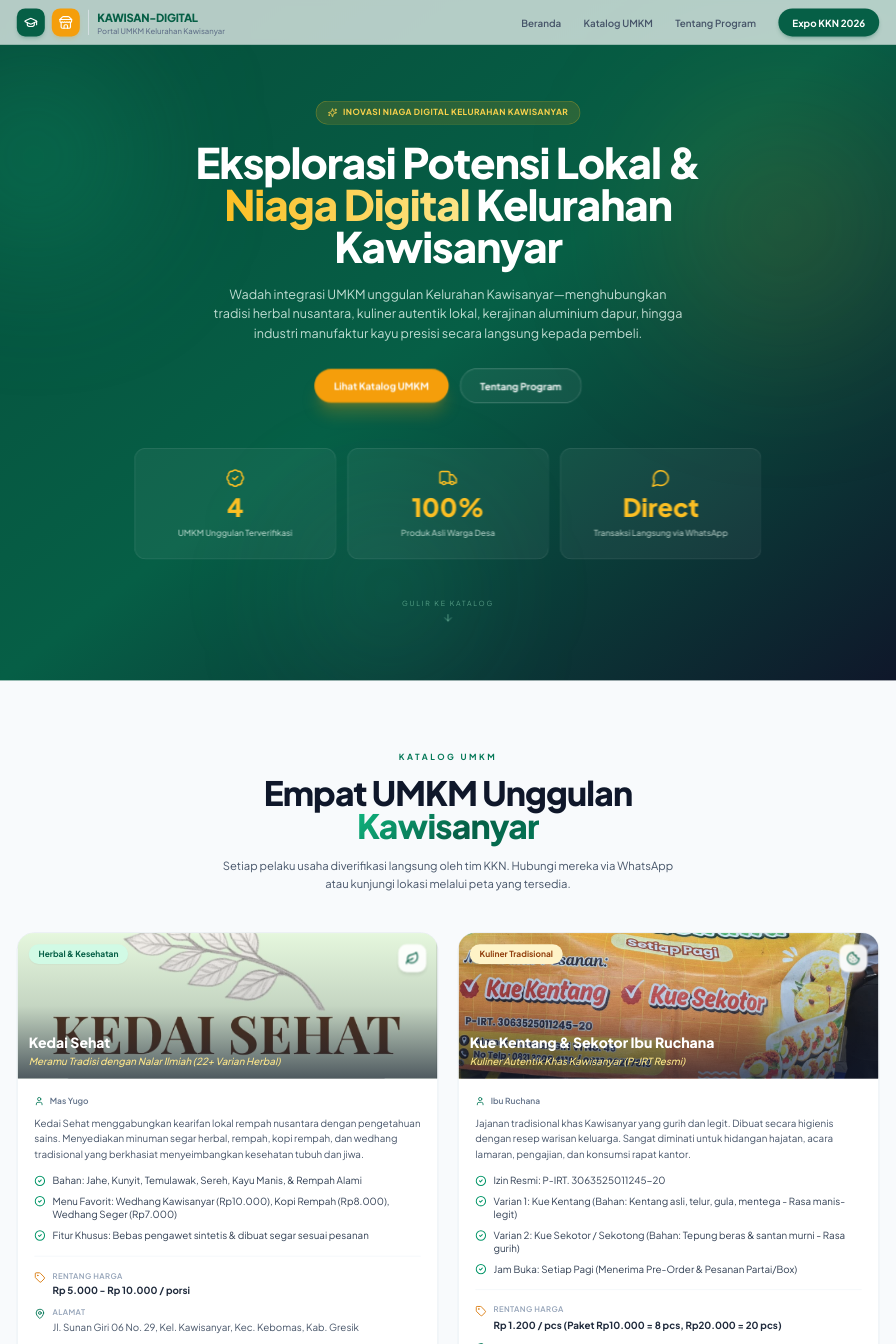
Repository: Anggaaa2006/Kawisan-Digital-
Page: /
These files come from the project's save history. The page is drawn as it stood at one moment and after the next save; the edit follows.
The browser window is 1280 px wide. The pictures show the part of the page from y = 0 to 1920 px (the page is 3971 px tall), at 70% of full size.
The project was rebuilt for these pictures with package versions that can differ from the ones it lists, and the page was loaded fresh each time. Also part of the build but not shown: vite.config.ts, src/components/UmkmDetail.tsx.

Above is the page before, as saved 2026-08-03 13:55:31.

### index.html
<!doctype html>
<html lang="en">
  <head>
    <meta charset="UTF-8" />
    <link rel="icon" type="image/svg+xml" href="/vite.svg" />
    <meta name="viewport" content="width=device-width, initial-scale=1.0" />
    <title>KAWISAN-DIGITAL — Portal UMKM Kelurahan Kawisanyar</title>
    <meta name="description" content="KAWISAN-DIGITAL: Etalase digital resmi BBK 8 Universitas Airlangga. Empat UMKM unggulan Kelurahan Kawisanyar — herbal, kuliner tradisional, wajan aluminium, dan manufaktur kayu presisi." />
    <meta property="og:image" content="https://bolt.new/static/og_default.png" />
    <meta name="twitter:card" content="summary_large_image" />
    <meta name="twitter:image" content="https://bolt.new/static/og_default.png" />
  </head>
  <body>
    <div id="root"></div>
    <script type="module" src="/src/main.tsx"></script>
  </body>
</html>

### src/App.tsx
import { useRouter } from '@/hooks/useRouter';
import Navbar from '@/components/Navbar';
import Hero from '@/components/Hero';
import Catalog from '@/components/Catalog';
import About from '@/components/About';
import Footer from '@/components/Footer';
import UmkmDetail from '@/components/UmkmDetail';

export default function App() {
  const route = useRouter();

  if (route.name === 'umkm') {
    return (
      <div className="min-h-screen bg-slate-50 text-slate-900">
        <Navbar />
        <main>
          <UmkmDetail id={route.id} />
        </main>
        <Footer />
      </div>
    );
  }

  return (
    <div className="min-h-screen bg-slate-50 text-slate-900">
      <Navbar />
      <main>
        <Hero />
        <Catalog />
        <About />
      </main>
      <Footer />
    </div>
  );
}

### src/index.css
@import url('https://fonts.googleapis.com/css2?family=Plus+Jakarta+Sans:wght@300;400;500;600;700;800&display=swap');

@tailwind base;
@tailwind components;
@tailwind utilities;

:root {
  --emerald: #065f46;
  --emerald-light: #10b981;
  --amber: #d97706;
  --charcoal: #0f172a;
}

* {
  -webkit-font-smoothing: antialiased;
  -moz-osx-font-smoothing: grayscale;
}

html {
  scroll-behavior: smooth;
}

body {
  font-family: 'Plus Jakarta Sans', system-ui, sans-serif;
  background-color: #f8fafc;
  color: #0f172a;
}

::selection {
  background-color: rgba(6, 95, 70, 0.2);
  color: #065f46;
}

::-webkit-scrollbar { width: 10px; }
::-webkit-scrollbar-track { background: #f1f5f9; }
::-webkit-scrollbar-thumb { background: linear-gradient(#10b981, #065f46); border-radius: 8px; }

@layer components {
  .reveal {
    opacity: 0;
    transform: translateY(36px);
    transition: opacity 0.9s cubic-bezier(0.22,1,0.36,1), transform 0.9s cubic-bezier(0.22,1,0.36,1);
  }
  .reveal.is-visible { opacity: 1; transform: translateY(0); }
  .reveal-delay-1 { transition-delay: 0.1s; }
  .reveal-delay-2 { transition-delay: 0.2s; }
  .reveal-delay-3 { transition-delay: 0.3s; }
  .reveal-delay-4 { transition-delay: 0.4s; }

  .emerald-text {
    background: linear-gradient(135deg, #10b981 0%, #065f46 60%, #047857 100%);
    -webkit-background-clip: text;
    background-clip: text;
    -webkit-text-fill-color: transparent;
  }

  .card-lift {
    transition: transform 0.5s cubic-bezier(0.22,1,0.36,1), box-shadow 0.5s ease, border-color 0.4s ease;
  }
  .card-lift:hover {
    transform: translateY(-8px);
    box-shadow: 0 30px 60px -25px rgba(6, 95, 70, 0.35);
    border-color: rgba(16, 185, 129, 0.5);
  }

  .img-zoom { transition: transform 1.2s cubic-bezier(0.22,1,0.36,1); }
  .group:hover .img-zoom { transform: scale(1.08); }
}

@layer utilities {
  .text-balance { text-wrap: balance; }
}

### src/hooks/useRouter.ts
import { useEffect, useState } from 'react';

export type Route = { name: 'home' } | { name: 'umkm'; id: string };

function parseHash(): Route {
  const hash = window.location.hash;
  const match = hash.match(/^#\/umkm\/(.+)$/);
  if (match) return { name: 'umkm', id: decodeURIComponent(match[1]) };
  return { name: 'home' };
}

export function useRouter() {
  const [route, setRoute] = useState<Route>(parseHash());

  useEffect(() => {
    const onHashChange = () => {
      setRoute(parseHash());
      window.scrollTo({ top: 0, behavior: 'auto' });
    };
    window.addEventListener('hashchange', onHashChange);
    return () => window.removeEventListener('hashchange', onHashChange);
  }, []);

  return route;
}

export function umkmUrl(id: string): string {
  return `#/umkm/${id}`;
}

### src/components/Navbar.tsx
import { useEffect, useState } from 'react';
import { Menu, X, GraduationCap, Store } from 'lucide-react';

const links = [
  { label: 'Beranda', href: '#beranda' },
  { label: 'Katalog UMKM', href: '#katalog' },
  { label: 'Tentang Program', href: '#tentang' },
];

export default function Navbar() {
  const [scrolled, setScrolled] = useState(false);
  const [open, setOpen] = useState(false);

  useEffect(() => {
    const onScroll = () => setScrolled(window.scrollY > 24);
    onScroll();
    window.addEventListener('scroll', onScroll);
    return () => window.removeEventListener('scroll', onScroll);
  }, []);

  return (
    <header
      className={`fixed inset-x-0 top-0 z-50 transition-all duration-400 ${
        scrolled
          ? 'border-b border-slate-200/70 bg-white/90 backdrop-blur-md shadow-sm'
          : 'bg-white/70 backdrop-blur-sm'
      }`}
    >
      <nav className="mx-auto flex max-w-7xl items-center justify-between px-5 py-3 sm:px-6">
        {/* Branding & partnership */}
        <a href="#beranda" className="flex items-center gap-3">
          <div className="flex items-center gap-2.5">
            <span className="flex h-10 w-10 items-center justify-center rounded-xl bg-emerald-800 text-white shadow-md shadow-emerald-800/20">
              <GraduationCap className="h-5 w-5" strokeWidth={2} />
            </span>
            <span className="flex h-10 w-10 items-center justify-center rounded-xl bg-amber-500 text-white shadow-md shadow-amber-500/20">
              <Store className="h-5 w-5" strokeWidth={2} />
            </span>
          </div>
          <div className="hidden h-9 w-px bg-slate-200 sm:block" />
          <div className="hidden flex-col leading-tight sm:flex">
            <span className="text-base font-extrabold tracking-tight text-emerald-800">
              KAWISAN-DIGITAL
            </span>
            <span className="text-[11px] font-medium text-slate-500">
              Portal UMKM Kelurahan Kawisanyar
            </span>
          </div>
        </a>

        {/* Desktop nav */}
        <div className="hidden items-center gap-8 md:flex">
          {links.map((l) => (
            <a
              key={l.href}
              href={l.href}
              className="group relative text-sm font-semibold text-slate-600 transition-colors hover:text-emerald-800"
            >
              {l.label}
              <span className="absolute -bottom-1.5 left-0 h-0.5 w-0 bg-emerald-600 transition-all duration-300 group-hover:w-full" />
            </a>
          ))}
          <a
            href="#katalog"
            className="rounded-full bg-emerald-800 px-5 py-2.5 text-sm font-bold text-white shadow-md shadow-emerald-800/25 transition-all hover:bg-emerald-900 hover:shadow-lg hover:shadow-emerald-800/30"
          >
            Expo KKN 2026
          </a>
        </div>

        {/* Mobile toggle */}
        <button
          onClick={() => setOpen((v) => !v)}
          className="flex h-10 w-10 items-center justify-center rounded-lg border border-slate-200 text-emerald-800 md:hidden"
          aria-label="Menu"
        >
          {open ? <X className="h-5 w-5" /> : <Menu className="h-5 w-5" />}
        </button>
      </nav>

      {/* Mobile menu */}
      <div
        className={`overflow-hidden border-t border-slate-100 bg-white transition-all duration-400 md:hidden ${
          open ? 'max-h-72' : 'max-h-0'
        }`}
      >
        <div className="space-y-1 px-5 py-3">
          {links.map((l) => (
            <a
              key={l.href}
              href={l.href}
              onClick={() => setOpen(false)}
              className="block rounded-lg px-4 py-3 text-sm font-semibold text-slate-700 transition-colors hover:bg-emerald-50 hover:text-emerald-800"
            >
              {l.label}
            </a>
          ))}
          <a
            href="#katalog"
            onClick={() => setOpen(false)}
            className="mt-2 block rounded-lg bg-emerald-800 px-4 py-3 text-center text-sm font-bold text-white"
          >
            Expo BBK 8 Kecamatan Kebomas 2026
          </a>
        </div>
      </div>
    </header>
  );
}

### src/components/About.tsx
import { useReveal } from '@/hooks/useReveal';
import { Target, Smartphone, Handshake, TrendingUp } from 'lucide-react';

const pillars = [
  {
    icon: Target,
    title: 'Identifikasi Potensi',
    text: 'Memetakan dan memverifikasi UMKM unggulan warga Kawisanyar secara langsung di lapangan.',
  },
  {
    icon: Smartphone,
    title: 'Digitalisasi Niaga',
    text: 'Membangun etalase digital agar produk lokal dapat dilihat dan dipesan dari mana saja.',
  },
  {
    icon: Handshake,
    title: 'Hubungan Langsung',
    text: 'Menghubungkan pembeli langsung ke pelaku usaha via WhatsApp—tanpa perantara.',
  },
  {
    icon: TrendingUp,
    title: 'Dampak Berkelanjutan',
    text: 'Mendorong pertumbuhan ekonomi desa dan melestarikan komoditas khas Kawisanyar.',
  },
];

export default function About() {
  const ref = useReveal<HTMLDivElement>();

  return (
    <section id="tentang" ref={ref} className="relative overflow-hidden bg-white py-24">
      <div className="pointer-events-none absolute -right-32 top-10 h-80 w-80 rounded-full bg-emerald-100/60 blur-3xl" />
      <div className="pointer-events-none absolute -left-32 bottom-10 h-80 w-80 rounded-full bg-amber-100/50 blur-3xl" />

      <div className="relative mx-auto max-w-7xl px-5 sm:px-6">
        <div className="grid gap-14 lg:grid-cols-2 lg:items-center">
          <div className="reveal">
            <span className="text-xs font-bold uppercase tracking-[0.3em] text-emerald-700">
              Tentang Program
            </span>
            <h2 className="mt-4 font-sans text-3xl font-extrabold tracking-tight text-slate-900 sm:text-4xl md:text-5xl">
              Dari Lapangan ke <span className="emerald-text">Layar</span>, <br className="hidden sm:block" />
              dari Warga ke Dunia
            </h2>
            <p className="mt-6 text-base leading-relaxed text-slate-600">
              KAWISAN-DIGITAL adalah inovasi niaga digital yang diinisiasi oleh Tim BBK 8 2026
              Universitas Airlangga untuk Kelurahan Kawisanyar, Kecamatan Kebomas, Kabupaten
              Gresik. Program ini hadir sebagai wujud nyata pengabdian mahasiswa dalam
              memberdayakan ekonomi mikro masyarakat.
            </p>
            <p className="mt-4 text-base leading-relaxed text-slate-600">
              Kami memetakan UMKM potensial, memverifikasi kualitas dan legalitasnya, lalu
              membangun etalase digital yang menghubungkan pelaku usaha langsung dengan
              pembeli—tanpa perantara, tanpa biaya tersembunyi.
            </p>

            <div className="mt-8 flex flex-wrap gap-3">
              <span className="rounded-full bg-emerald-50 px-4 py-2 text-sm font-semibold text-emerald-800">
                Universitas Airlangga
              </span>
              <span className="rounded-full bg-amber-50 px-4 py-2 text-sm font-semibold text-amber-700">
                BBK 8 2026
              </span>
              <span className="rounded-full bg-slate-100 px-4 py-2 text-sm font-semibold text-slate-700">
                Kel. Kawisanyar
              </span>
            </div>
          </div>

          <div className="reveal reveal-delay-2 grid gap-5 sm:grid-cols-2">
            {pillars.map((p) => (
              <div
                key={p.title}
                className="group rounded-2xl border border-slate-200 bg-gradient-to-b from-slate-50 to-white p-6 card-lift"
              >
                <span className="flex h-12 w-12 items-center justify-center rounded-xl bg-emerald-800 text-white shadow-md shadow-emerald-800/20 transition-transform group-hover:scale-110">
                  <p.icon className="h-6 w-6" strokeWidth={1.8} />
                </span>
                <h3 className="mt-5 text-lg font-bold text-slate-900">{p.title}</h3>
                <p className="mt-2 text-sm leading-relaxed text-slate-600">{p.text}</p>
              </div>
            ))}
          </div>
        </div>
      </div>
    </section>
  );
}

### src/components/Footer.tsx
import { GraduationCap, Store, MapPin, Heart } from 'lucide-react';

export default function Footer() {
  return (
    <footer className="relative overflow-hidden bg-slate-900 pt-16 pb-8 text-slate-300">
      <div className="pointer-events-none absolute -left-20 -top-20 h-60 w-60 rounded-full bg-emerald-700/15 blur-3xl" />
      <div className="pointer-events-none absolute -right-20 bottom-0 h-60 w-60 rounded-full bg-amber-600/10 blur-3xl" />

      <div className="relative mx-auto max-w-7xl px-5 sm:px-6">
        <div className="grid gap-10 md:grid-cols-3">
          {/* Brand */}
          <div>
            <div className="flex items-center gap-3">
              <div className="flex items-center gap-2.5">
                <span className="flex h-10 w-10 items-center justify-center rounded-xl bg-emerald-700 text-white">
                  <GraduationCap className="h-5 w-5" strokeWidth={2} />
                </span>
                <span className="flex h-10 w-10 items-center justify-center rounded-xl bg-amber-500 text-white">
                  <Store className="h-5 w-5" strokeWidth={2} />
                </span>
              </div>
              <div className="flex flex-col leading-tight">
                <span className="text-base font-extrabold tracking-tight text-white">
                  KAWISAN-DIGITAL
                </span>
                <span className="text-[11px] font-medium text-slate-400">
                  Portal UMKM Kelurahan Kawisanyar
                </span>
              </div>
            </div>
            <p className="mt-5 max-w-sm text-sm leading-relaxed text-slate-400">
              Etalase digital resmi KKN Universitas Airlangga yang menghubungkan UMKM
              unggulan Kawisanyar langsung kepada pembeli.
            </p>
          </div>

          {/* Quick links */}
          <div>
            <h4 className="text-sm font-bold uppercase tracking-wider text-white">Navigasi</h4>
            <ul className="mt-4 space-y-2.5 text-sm">
              {[
                { l: 'Beranda', h: '#beranda' },
                { l: 'Katalog UMKM', h: '#katalog' },
                { l: 'Tentang Program', h: '#tentang' },
                { l: 'Expo KKN 2026', h: '#katalog' },
              ].map((x) => (
                <li key={x.h}>
                  <a href={x.h} className="text-slate-400 transition-colors hover:text-amber-400">
                    {x.l}
                  </a>
                </li>
              ))}
            </ul>
          </div>

          {/* Location */}
          <div>
            <h4 className="text-sm font-bold uppercase tracking-wider text-white">Lokasi Program</h4>
            <div className="mt-4 flex items-start gap-2.5 text-sm text-slate-400">
              <MapPin className="mt-0.5 h-4 w-4 flex-shrink-0 text-emerald-400" />
              <span className="leading-relaxed">
                Kelurahan Kawisanyar, Kecamatan Kebomas, Kabupaten Gresik, Jawa Timur
              </span>
            </div>
            <a
              href="https://maps.google.com/?q=Kawisanyar+Kebomas+Gresik"
              target="_blank"
              rel="noopener noreferrer"
              className="mt-4 inline-flex rounded-lg border border-slate-700 px-4 py-2 text-xs font-semibold text-slate-300 transition-colors hover:border-emerald-600 hover:bg-emerald-900/30 hover:text-emerald-300"
            >
              Lihat di Peta
            </a>
          </div>
        </div>

        <div className="mt-12 border-t border-slate-800 pt-6">
          <p className="text-center text-sm text-slate-400">
            Diinisiasi oleh Tim KKN Universitas Airlangga — Kelurahan Kawisanyar, Kecamatan
            Kebomas, Kabupaten Gresik.
          </p>
          <p className="mt-3 flex items-center justify-center gap-1.5 text-center text-xs text-slate-500">
            © 2026 KAWISAN-DIGITAL. All Rights Reserved.
            <span className="text-emerald-500">·</span>
            Dibuat dengan
            <Heart className="h-3 w-3 fill-amber-500 text-amber-500" />
            untuk Nusantara
          </p>
        </div>
      </div>
    </footer>
  );
}

### src/hooks/useReveal.ts
import { useEffect, useRef } from 'react';

export function useReveal<T extends HTMLElement = HTMLDivElement>() {
  const ref = useRef<T>(null);

  useEffect(() => {
    const el = ref.current;
    if (!el) return;
    const observer = new IntersectionObserver(
      (entries) => {
        entries.forEach((entry) => {
          if (entry.isIntersecting) {
            entry.target.classList.add('is-visible');
            observer.unobserve(entry.target);
          }
        });
      },
      { threshold: 0.12, rootMargin: '0px 0px -50px 0px' },
    );
    el.querySelectorAll('.reveal').forEach((node) => observer.observe(node));
    return () => observer.disconnect();
  }, []);

  return ref;
}

Loaded but not shown: src/main.tsx (common file); tailwind.config.js (36 lines, source omitted); src/data/umkm.ts (183 lines, source omitted); src/components/Catalog.tsx (163 lines, source omitted); src/components/Hero.tsx (149 lines, source omitted)

After the next save:
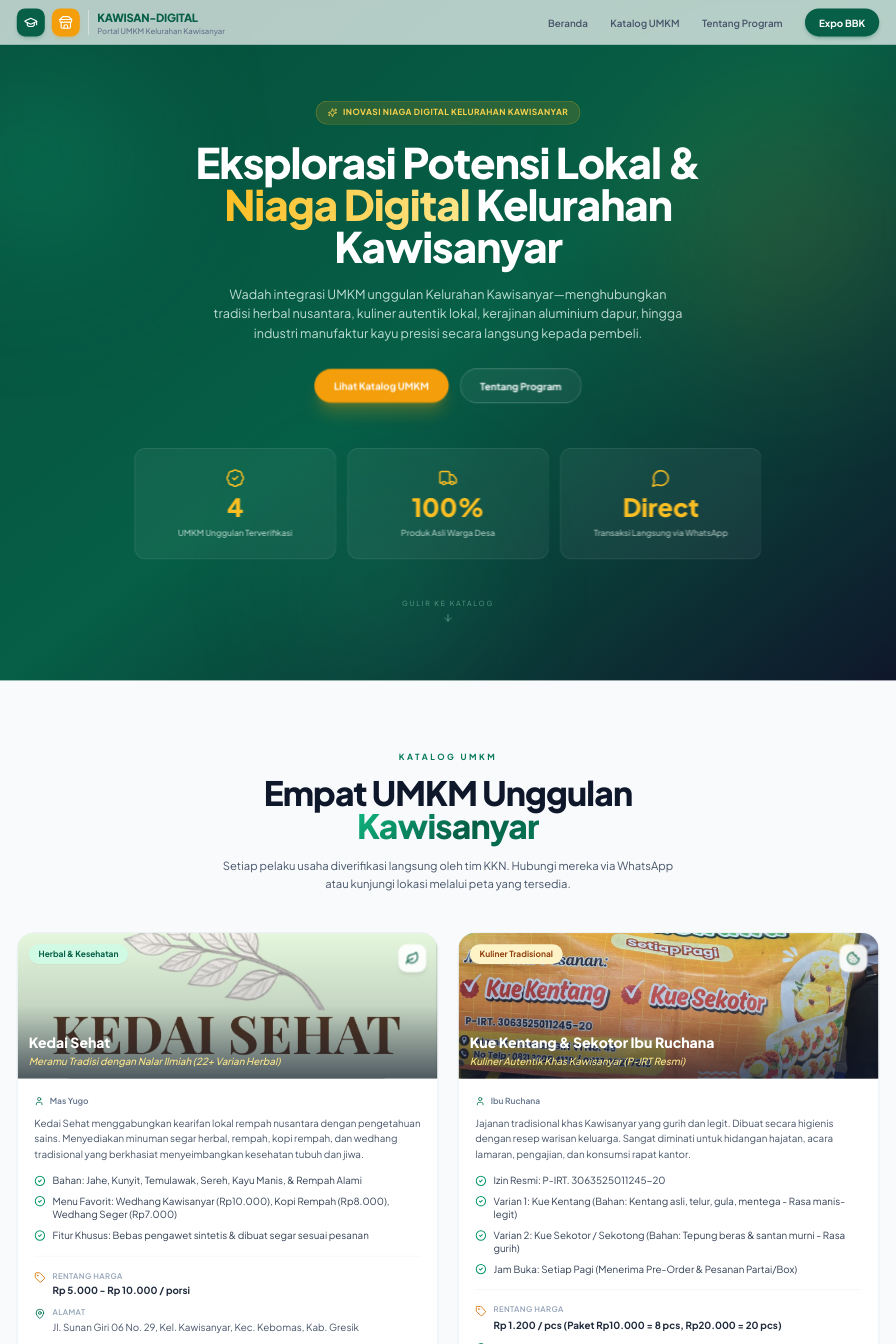
Saved 18 s later.
--- a/src/components/Navbar.tsx
+++ b/src/components/Navbar.tsx
@@ -64,7 +64,7 @@ export default function Navbar() {
             href="#katalog"
             className="rounded-full bg-emerald-800 px-5 py-2.5 text-sm font-bold text-white shadow-md shadow-emerald-800/25 transition-all hover:bg-emerald-900 hover:shadow-lg hover:shadow-emerald-800/30"
           >
-            Expo KKN 2026
+            Expo BBK
           </a>
         </div>
 
